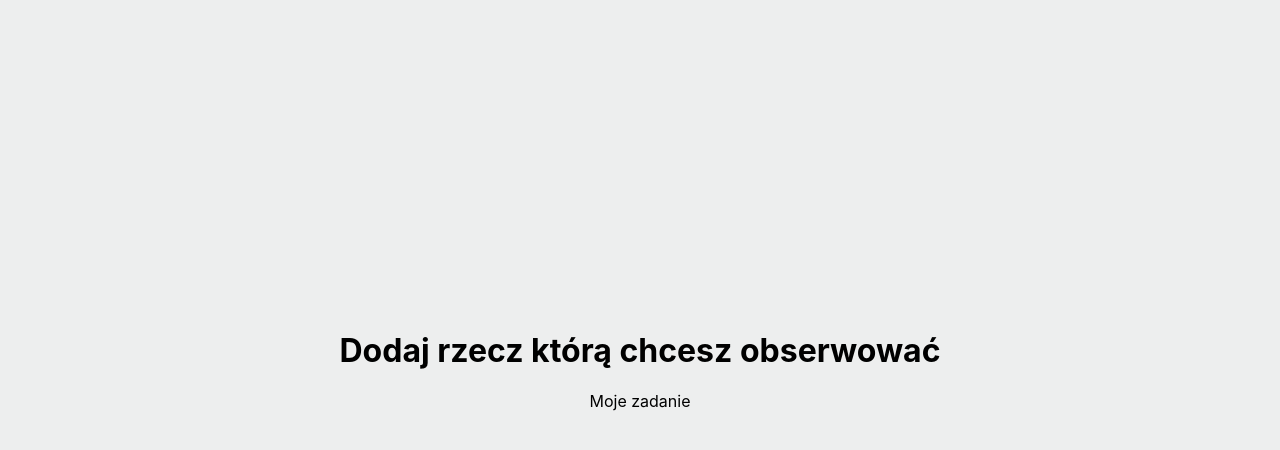
Repository: matedoo/crawler
Page: /MainApp
An editor plug-in stored every save of this project. The page is shown before and after the next save, followed by the edit.
The browser window is 1280 px wide. The pictures show the whole page.
The project was rebuilt for these pictures with package versions that can differ from the ones it lists, and the page was loaded fresh each time. Also part of the build but not shown: src/Components/button.js, src/Components/LoginComponents/LoginApp.js, src/Components/LoginComponents/RegisterApp.js, src/Components/btnContainer.js, src/Components/heading.js, src/Components/LoginComponents/StartApp.js.

Above is the page before, as saved 2020-04-19 17:58:36.

### public/index.html
<!DOCTYPE html>
<html lang="en">
  <head>
    <meta charset="utf-8" />
    <link rel="icon" href="%PUBLIC_URL%/favicon.ico" />
    <meta name="viewport" content="width=device-width, initial-scale=1" />
    <meta name="theme-color" content="#000000" />
    <meta
      name="description"
      content="Web site created using create-react-app"
    />
    <link rel="apple-touch-icon" href="%PUBLIC_URL%/logo192.png" />
    <!--
      manifest.json provides metadata used when your web app is installed on a
      user's mobile device or desktop. See https://developers.google.com/web/fundamentals/web-app-manifest/
    -->
    <link rel="manifest" href="%PUBLIC_URL%/manifest.json" />
    <!--
      Notice the use of %PUBLIC_URL% in the tags above.
      It will be replaced with the URL of the `public` folder during the build.
      Only files inside the `public` folder can be referenced from the HTML.

      Unlike "/favicon.ico" or "favicon.ico", "%PUBLIC_URL%/favicon.ico" will
      work correctly both with client-side routing and a non-root public URL.
      Learn how to configure a non-root public URL by running `npm run build`.
    -->
    <title>Racoon</title>
  </head>
  <body>
    <noscript>You need to enable JavaScript to run this app.</noscript>
    <div id="root"></div>

  </body>
</html>

### src/App.js
import React from 'react';
import LoginApp from './Components/LoginComponents/LoginApp'
import RegisterApp from './Components/LoginComponents/RegisterApp'
import StartApp from './Components/LoginComponents/StartApp'
import MainApp from './Components/MainApp/MainApp'
import {BrowserRouter as Router, Switch, Route} from 'react-router-dom'




class App extends React.Component {

  render(){
    return (
      <Router>
        <Switch>
          <Route path='/' exact component={StartApp}></Route>
          <Route path='/LoginApp' component={LoginApp}></Route>
          <Route path='/RegisterApp' component={RegisterApp}></Route>
          <Route path='/MainApp' component={MainApp}></Route>
        </Switch>
      </Router>
    );
  }
}



export default App;

### src/Components/MainApp/MainApp.js
import React, { useState } from 'react';
import styled from 'styled-components';
import MainAppElement from './MainAppElement'




function MainApp(props) {
  const [elementsList, setElementsList] = useState([]);
    return (
      <LoginAppStyled>
        <h1>Dodaj rzecz którą chcesz obserwować</h1>
        <MainAppElement></MainAppElement>
      </LoginAppStyled>
    );

}

export default MainApp;



const LoginAppStyled = styled.div`
   background-color: #edeeee;
   margin: 0;
   padding:0;
   height: 100vh;
   width: 100%;
   display: flex;
   align-items: center;
   justify-content: center;
   flex-direction: column;
`

### src/Components/MainApp/MainAppElement.js
import React from 'react';


function MainAppElement(props){
    return(
        <div>
            Moje zadanie
        </div>
    )
}

export default MainAppElement;

Loaded but not shown: src/index.js (common file); src/styles/index.css (common file); src/serviceWorker.js (common file)

After the next save:
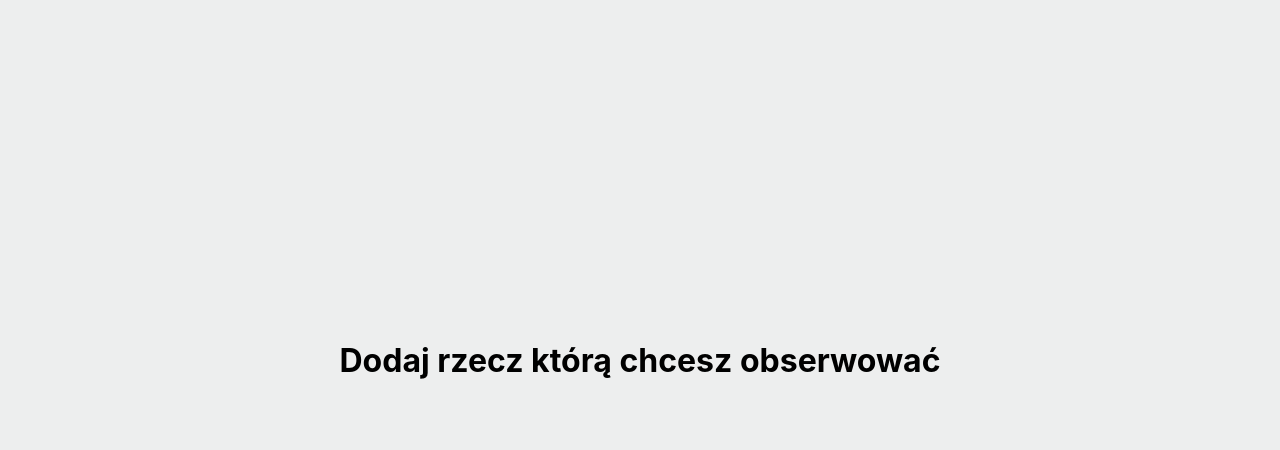
Saved 2 min 45 s later.
--- a/src/Components/MainApp/MainApp.js
+++ b/src/Components/MainApp/MainApp.js
@@ -6,11 +6,14 @@ import MainAppElement from './MainAppElement'
 
 
 function MainApp(props) {
-  const [elementsList, setElementsList] = useState([]);
+  const [elementsList, setElementsList] = useState(['moje zadanie 1', 'moje zadanie 2']);
     return (
       <LoginAppStyled>
         <h1>Dodaj rzecz którą chcesz obserwować</h1>
-        <MainAppElement></MainAppElement>
+        {elementsList.map(() => {
+          <MainAppElement />
+        })}
+
       </LoginAppStyled>
     );
 
